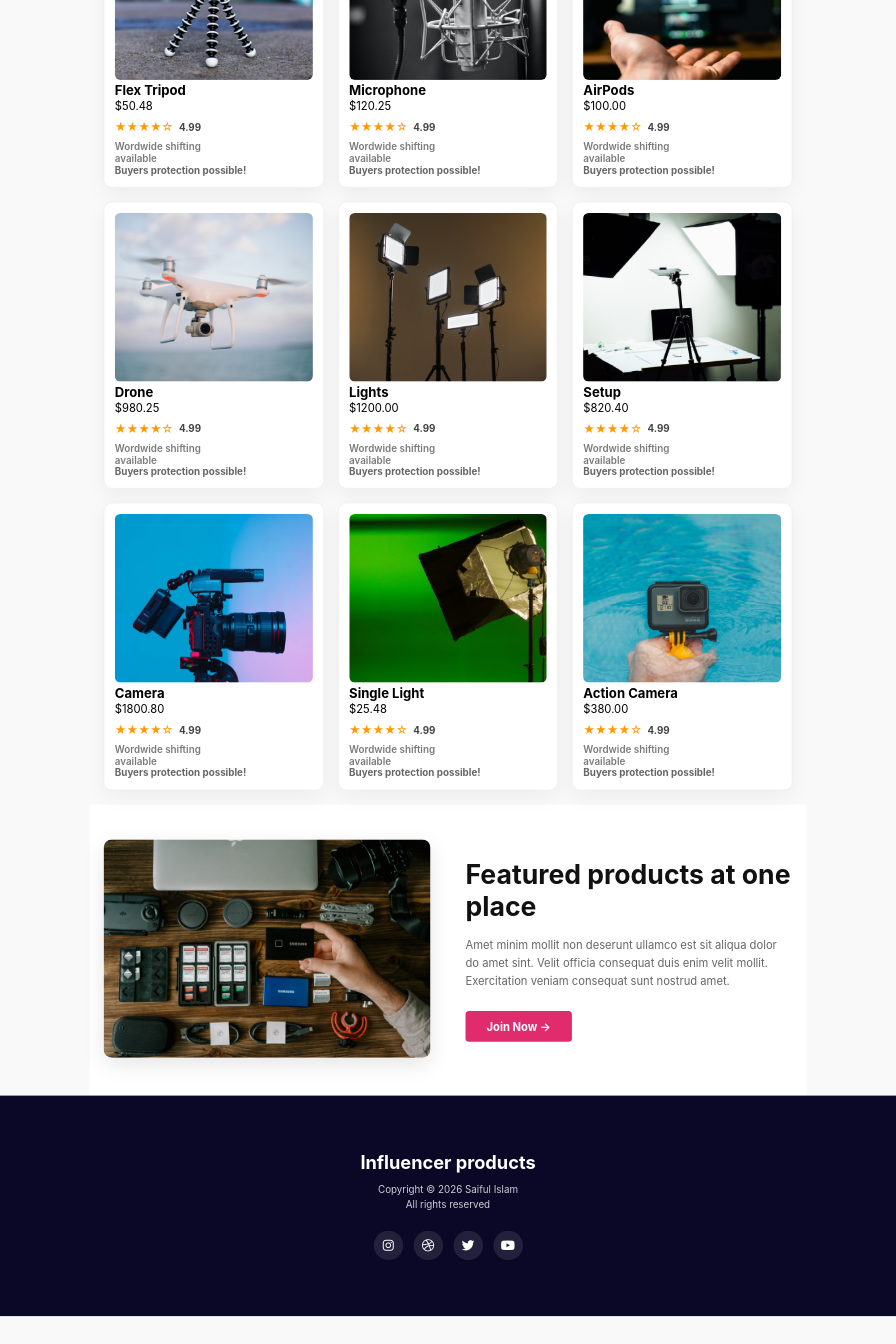
Repository: Saiful21Islam/Influencer-products
Page: it.html
The author's editor kept a copy of each file at every save. The page is drawn from the files as they stood at one save, then again after a run of saves.
The browser window is 1280 px wide. The pictures show the part of the page from y = 1163 to 3083 px (the page is 3083 px tall), at 70% of full size.

Above is the page before, as saved 2026-03-11 12:19:09.

After the next 3 saves:
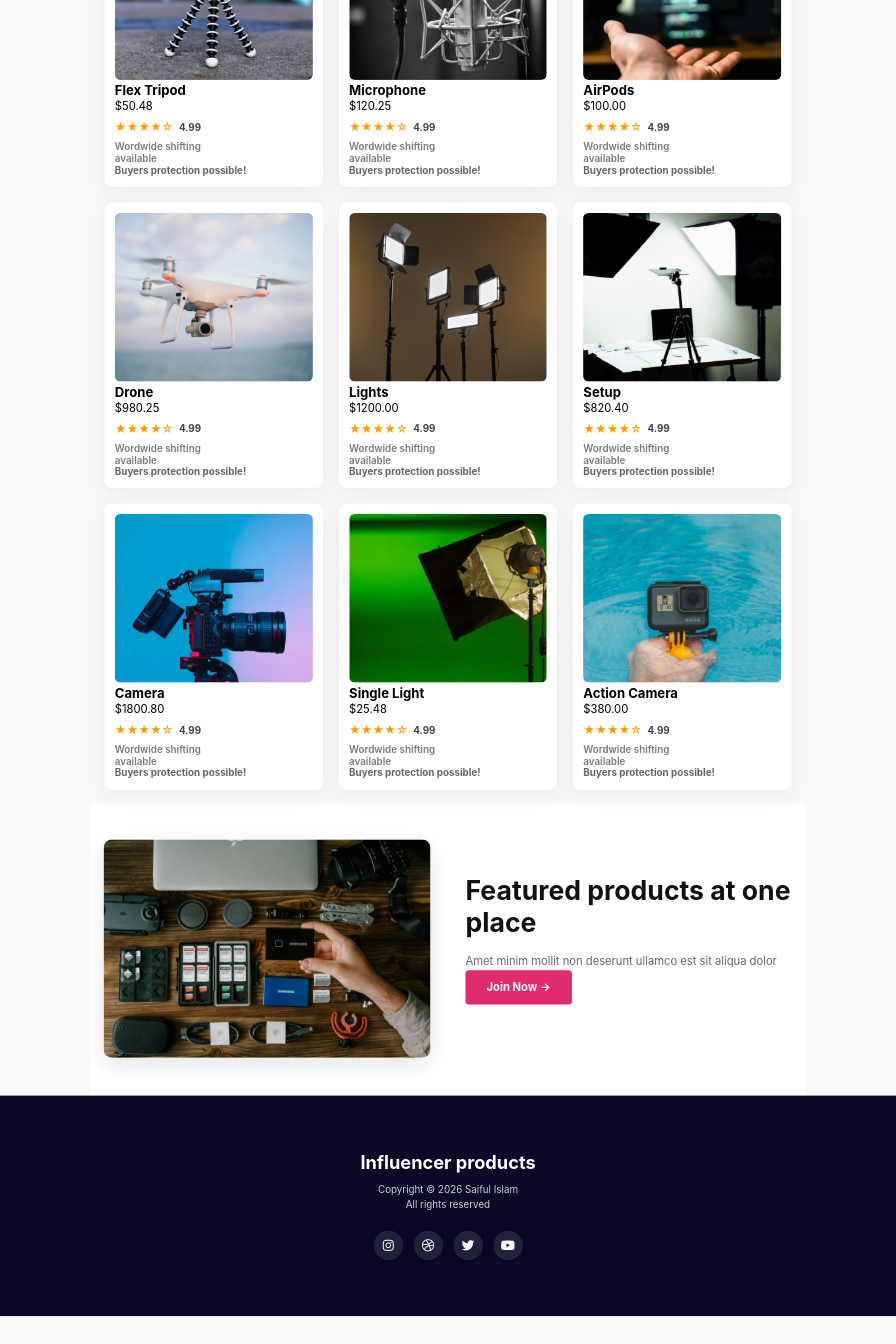
The 3 saves are shown as one change because they came seconds apart.
The last was saved 94 s later.
--- a/it.html
+++ b/it.html
@@ -272,7 +272,7 @@
 
             <div class="featured-content">
                 <h2>Featured products at one place</h2>
-                <p>Amet minim mollit non deserunt ullamco est sit aliqua dolor do amet sint. Velit officia consequat
+                <p>Amet minim mollit non deserunt ullamco est sit aliqua dolor <br do amet sint. Velit officia consequat
                     duis enim velit mollit. Exercitation veniam consequat sunt nostrud amet.</p>
                 <a href="#" class="join-btn">Join Now &rarr;</a>
             </div>

After the save that followed:
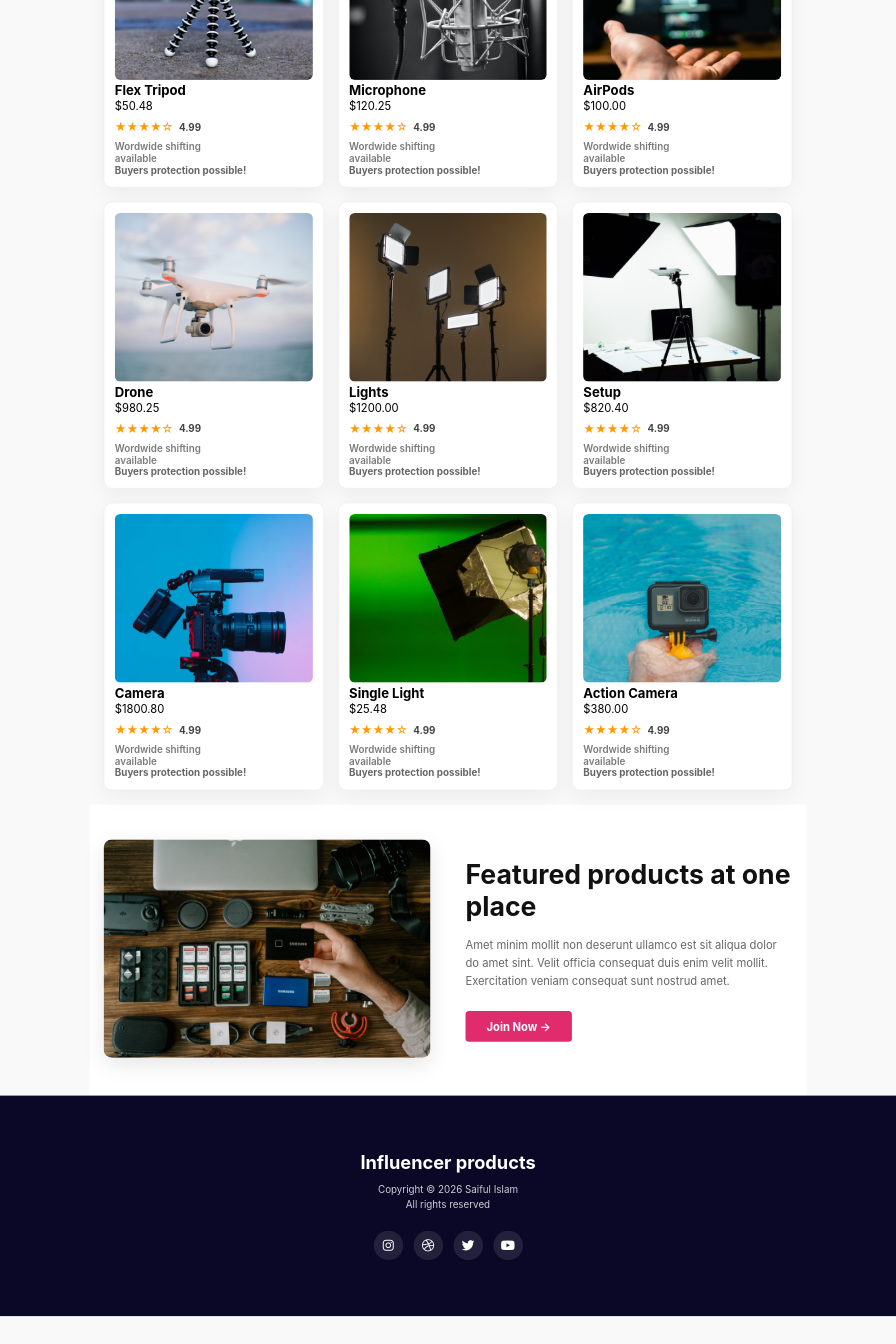
Saved 6 s later.
--- a/it.html
+++ b/it.html
@@ -272,7 +272,7 @@
 
             <div class="featured-content">
                 <h2>Featured products at one place</h2>
-                <p>Amet minim mollit non deserunt ullamco est sit aliqua dolor <br do amet sint. Velit officia consequat
+                <p>Amet minim mollit non deserunt ullamco est sit aliqua dolor <br> do amet sint. Velit officia consequat
                     duis enim velit mollit. Exercitation veniam consequat sunt nostrud amet.</p>
                 <a href="#" class="join-btn">Join Now &rarr;</a>
             </div>
